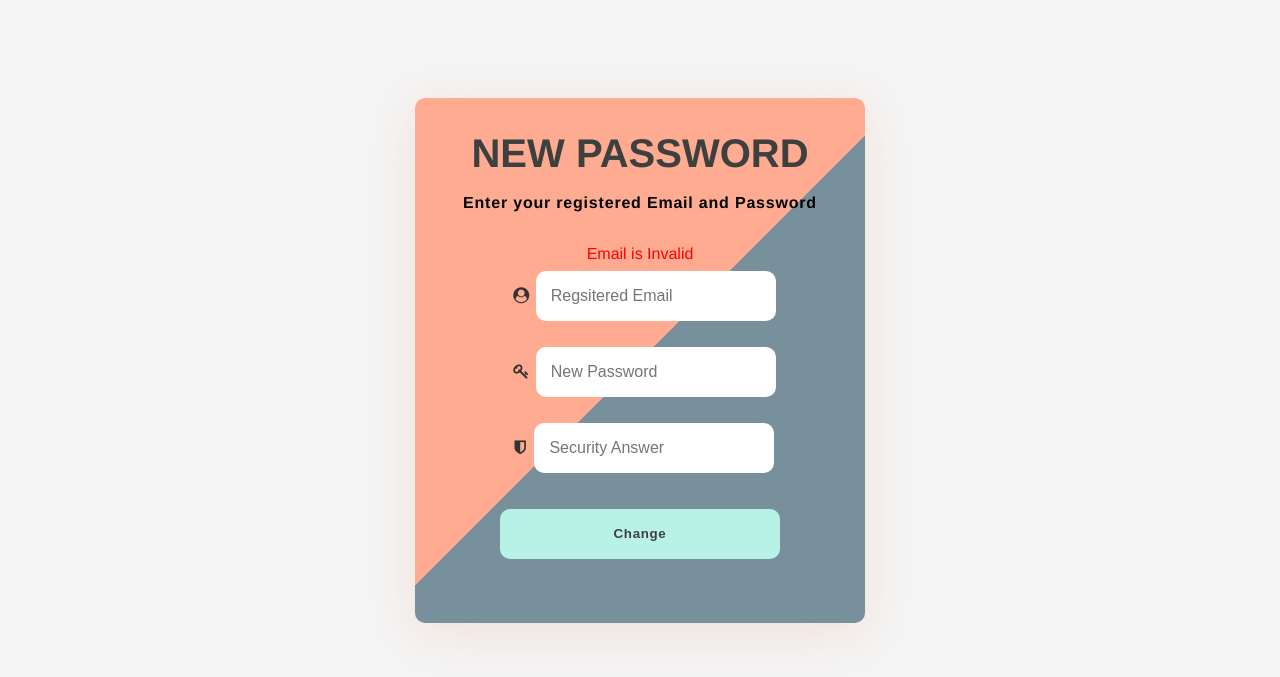
Repository: DhanushPrabha22/Zoho-Mini-Project
Page: http://localhost/ToDo_List/forgotpwd.do
These files come from the project's save history. The page is drawn as it stood at one moment and after the next save; the edit follows.
The browser window is 1280 px wide. The pictures show the whole page.
Some web libraries are served in a nearby version. The page is served by Tomcat 9.

Above is the page before, as saved 2021-03-17 10:42:27.

After the next save:
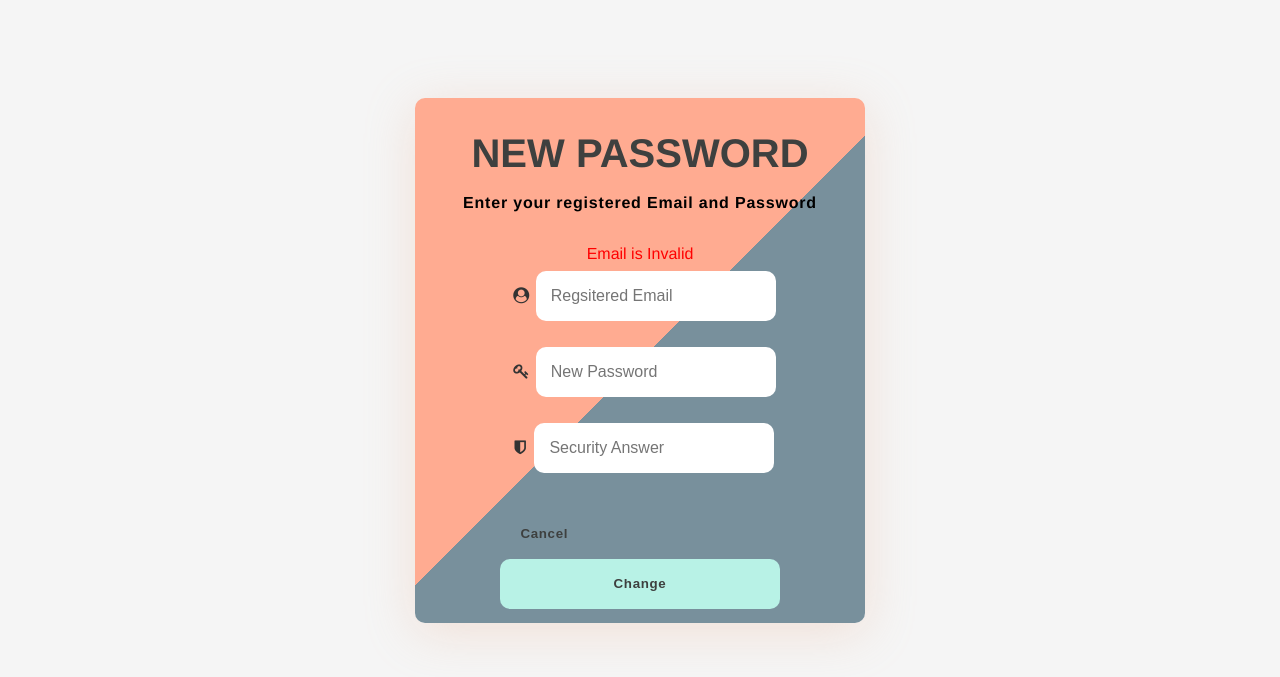
Saved 42 s later.
--- a/Todo Eclipse/ToDo_List/WebContent/forgotPwd.jsp
+++ b/Todo Eclipse/ToDo_List/WebContent/forgotPwd.jsp
@@ -53,7 +53,10 @@ Created By Dhanush L
 					<html:text styleClass="form-input" property="security" styleId="sec"/>
 
 					<br><br><br>
-					<html:submit styleClass="sign-up button" value="Change"/>
+					<div class="other">
+						<button class="button submits frgt-pass" onclick="cancel()">Cancel</button>
+						<html:submit styleClass="sign-up button" value="Change"/>
+					</div>
 				</html:form>
 			</div>
 		<!--   End Container  -->
